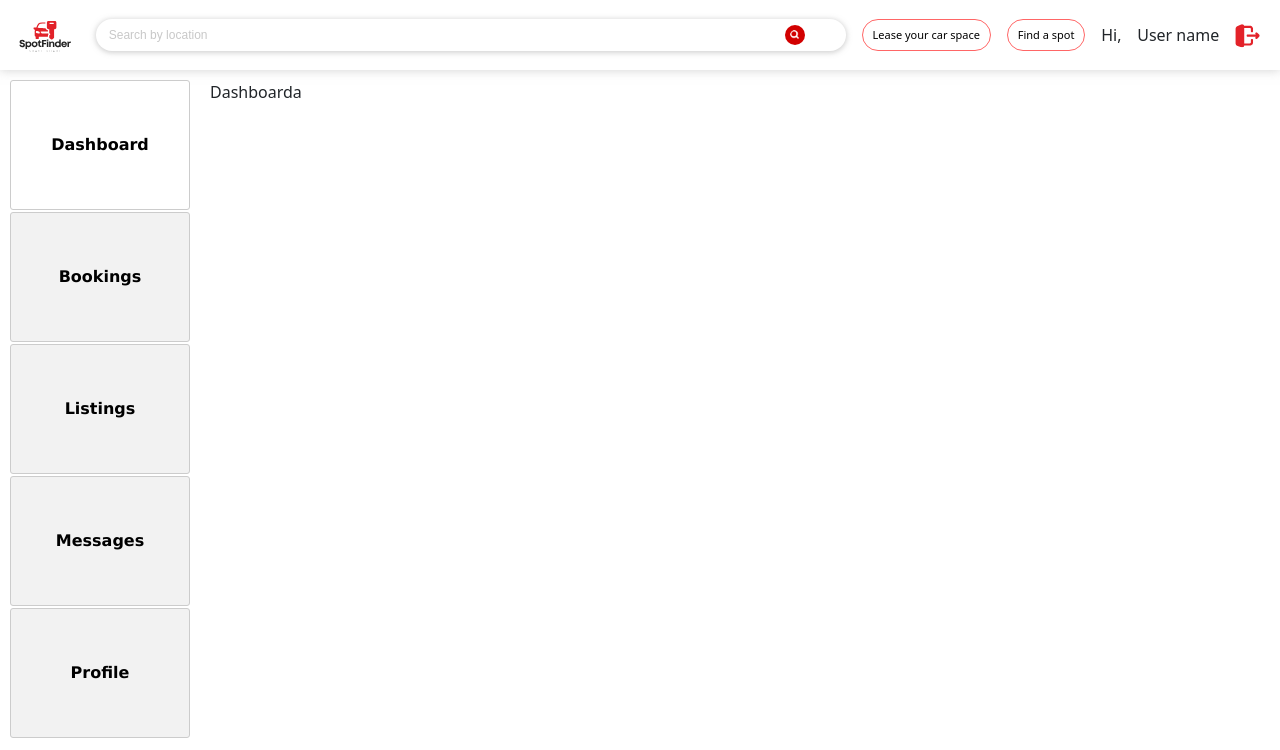
Repository: UNSWSpotFinder/SpotFinder
Page: /dashboard (app in frontend/)
The author's editor kept a copy of each file at every save. The page is drawn from the files as they stood at one save, then again after a run of saves.
The browser window is 1280 px wide. The pictures show the whole page.
The project was rebuilt for these pictures with package versions that can differ from the ones it lists, and the page was loaded fresh each time. Also part of the build but not shown: frontend/src/Login.css, frontend/src/Login.jsx, frontend/src/Regist.css, frontend/src/Regist.jsx, frontend/src/HomePage.jsx, frontend/src/App.css, frontend/src/components/Bookings.jsx, frontend/src/components/Listings.jsx and 2 more.

Above is the page before, as saved 2024-03-09 20:48:43.

After the next 2 saves:
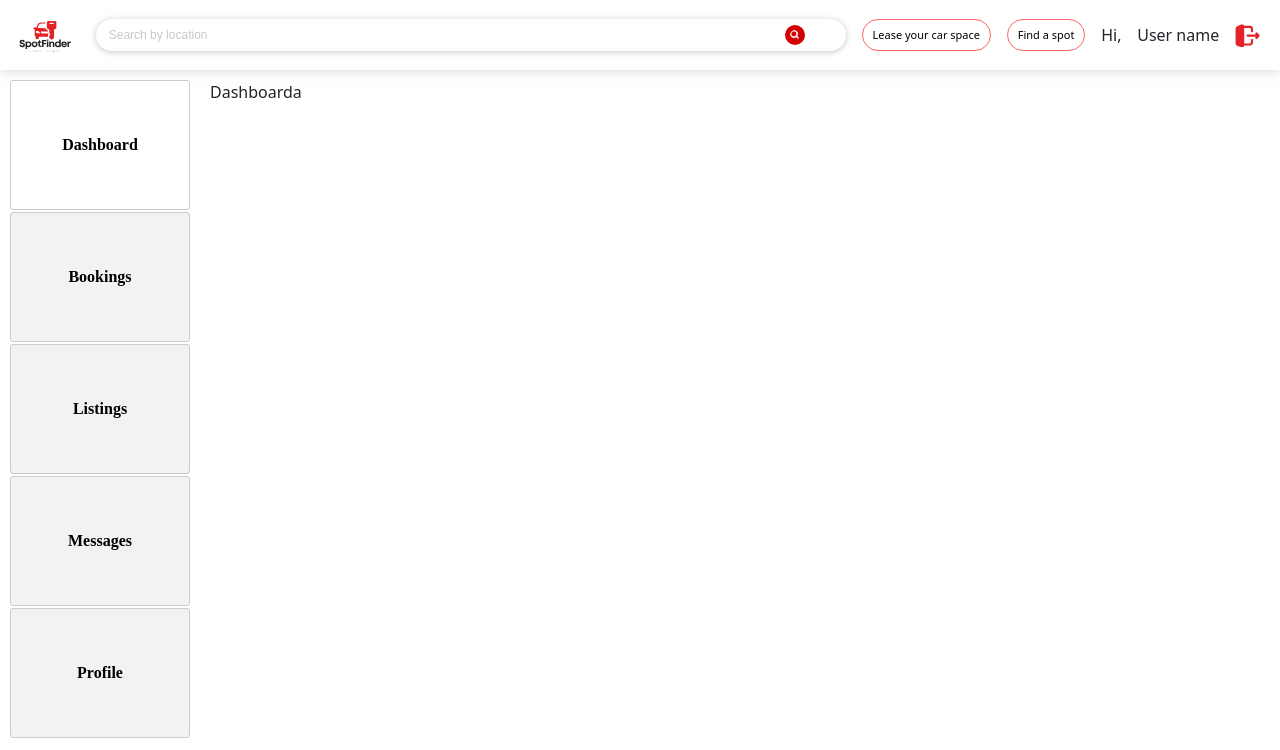
The 2 saves are shown as one change because they came seconds apart.
The last was saved 7 s later.
--- a/frontend/src/components/DashboardTop.css
+++ b/frontend/src/components/DashboardTop.css
@@ -68,7 +68,7 @@
     align-items: center; /* 垂直居中 */
     justify-content: center; /* 水平居中 */
     font-weight: bold; /* 文字加粗 */
-    font-family:Verdana, Geneva, Tahoma, sans-serif;
+    font-family:cursive;
     text-decoration: none; /* 去除下划线 */
     color: black; /* 文字颜色，可以根据需求更改 */
 
